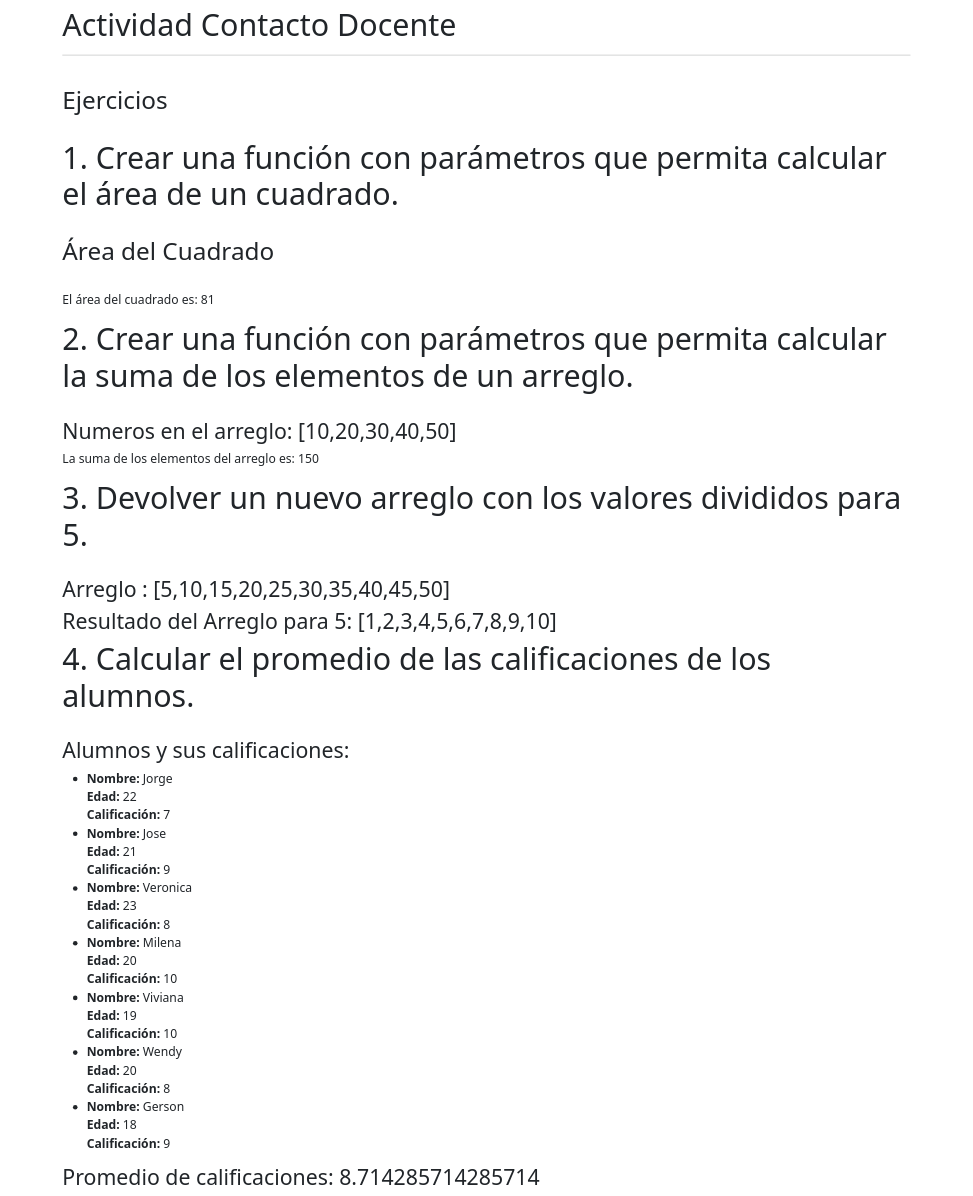
Repository: Jchimbo99/Actvidad1
Page: / (app in typescript-actividad/)
The author's editor kept a copy of each file at every save. The page is drawn from the files as they stood at one save, then again after the next save.
The browser window is 1280 px wide. The pictures show the whole page, at 76% of full size.
The project was rebuilt for these pictures with package versions that can differ from the ones it lists, and the page was loaded fresh each time. Also part of the build but not shown: typescript-actividad/vite.config.ts.

Above is the page before, as saved 2025-01-22 20:52:16.

### typescript-actividad/index.html
<!doctype html>
<html lang="en">
  <head>
    <meta charset="UTF-8" />
    <link rel="icon" type="image/svg+xml" href="/vite.svg" />
    <meta name="viewport" content="width=device-width, initial-scale=1.0" />
    <link href="https://cdn.jsdelivr.net/npm/bootstrap@5.3.3/dist/css/bootstrap.min.css" rel="stylesheet" integrity="sha384-QWTKZyjpPEjISv5WaRU9OFeRpok6YctnYmDr5pNlyT2bRjXh0JMhjY6hW+ALEwIH" crossorigin="anonymous">

    <title>Activididad Jch</title>
  </head>
  <body class="container">
    <div id="root"></div>
    <script type="module" src="/src/main.tsx"></script>
  </body>
</html>

### typescript-actividad/src/App.tsx
import { AreaCuadrado } from "./typescript/AreaCuadrado";
import { SumaArreglo } from "./typescript/Arreglo";
import { ArreglosDivision } from "./typescript/ArreglosDivision";
import { PromedioCalificaciones } from "./typescript/PromedioCalificaciones";

export const App = () => {
  return (

    <div className="mt-2">
      <h1>Actividad Contacto Docente</h1>
      <hr />
      <br />
      <h2>Ejercicios</h2>
      <br />

      <AreaCuadrado/>

      <SumaArreglo/>
      <ArreglosDivision/>
      <PromedioCalificaciones/>
      </div>
  )
}


export default App;

### typescript-actividad/src/typescript/AreaCuadrado.tsx
export const AreaCuadrado = () => {
    const lado = 9;
    const area = lado * lado;

    return (
        <div>

            <h1>1.	Crear una función con parámetros que permita calcular el área de un cuadrado.</h1>
            <br />
            <h2>Área del Cuadrado</h2>
            <br />
            <p>El área del cuadrado es: {area}</p>
        </div>
    );
}

### typescript-actividad/src/typescript/Arreglo.tsx
export const SumaArreglo = () => {

    const numeros = [10, 20, 30, 40, 50];

    const calcularSuma = (numeros: number[]): number => {
        return numeros.reduce((total, numero) => total + numero, 0);
    }

    const totalSuma = calcularSuma(numeros);

    return (
        <div>
            <h1>2. Crear una función con parámetros que permita calcular la suma de los elementos de un arreglo.</h1>
            <br />
            <h3>Numeros en el arreglo: {JSON.stringify(numeros)}</h3>
            <p>La suma de los elementos del arreglo es: {totalSuma}</p>
        </div>
    );
}

### typescript-actividad/src/typescript/ArreglosDivision.tsx
export const ArreglosDivision = () => {
    const arreglo = [5, 10, 15, 20, 25, 30, 35, 40, 45, 50];

    const arregloDividido = arreglo.map((valor) => valor / 5);

    return (
        <div>
            <h1>3. Devolver un nuevo arreglo con los valores divididos para 5.</h1>
            <br />
            <h3>Arreglo : {JSON.stringify(arreglo)}</h3>
            <h3>Resultado del Arreglo para  5: {JSON.stringify(arregloDividido)}</h3>
        </div>
    );
}

### typescript-actividad/src/typescript/PromedioCalificaciones.tsx
interface Alumno {
    name: string;
    edad: number;
    calificacion: number;
}

export const PromedioCalificaciones = () => {
    const alumnos: Alumno[] = [
        {
            name: "Jorge",
            edad: 22,
            calificacion: 7,
        },
        {
            name: "Jose",
            edad: 21,
            calificacion: 9,
        },
        {
            name: "Veronica",
            edad: 23,
            calificacion: 8,
        },
        {
            name: "Milena",
            edad: 20,
            calificacion: 10,
        },
        {
            name: "Viviana",
            edad: 19,
            calificacion: 10,
        },
        {
            name: "Wendy",
            edad: 20,
            calificacion: 8,
        },
        {
            name: "Gerson",
            edad: 18,
            calificacion: 9,
        },
    ];

    // Función para calcular el promedio de las calificaciones
    const calcularPromedio = (alumnos: Alumno[]): number => {
        const sumaCalificaciones = alumnos.reduce((total, alumno) => total + alumno.calificacion, 0);
        return sumaCalificaciones / alumnos.length;
    };

    const promedio = calcularPromedio(alumnos);

    return (
        <div>
            <h1>4. Calcular el promedio de las calificaciones de los alumnos.</h1>
            <br />
            <h3>Alumnos y sus calificaciones:</h3>
            <ul>
                {alumnos.map((alumno, index) => (
                    <li key={index}>
                        <strong>Nombre:</strong> {alumno.name} <br />
                        <strong>Edad:</strong> {alumno.edad} <br />
                        <strong>Calificación:</strong> {alumno.calificacion}
                    </li>
                ))}
            </ul>
            <h3>Promedio de calificaciones: {promedio}</h3>
        </div>
    );
}

Loaded but not shown: typescript-actividad/src/main.tsx (common file)

After the next save:
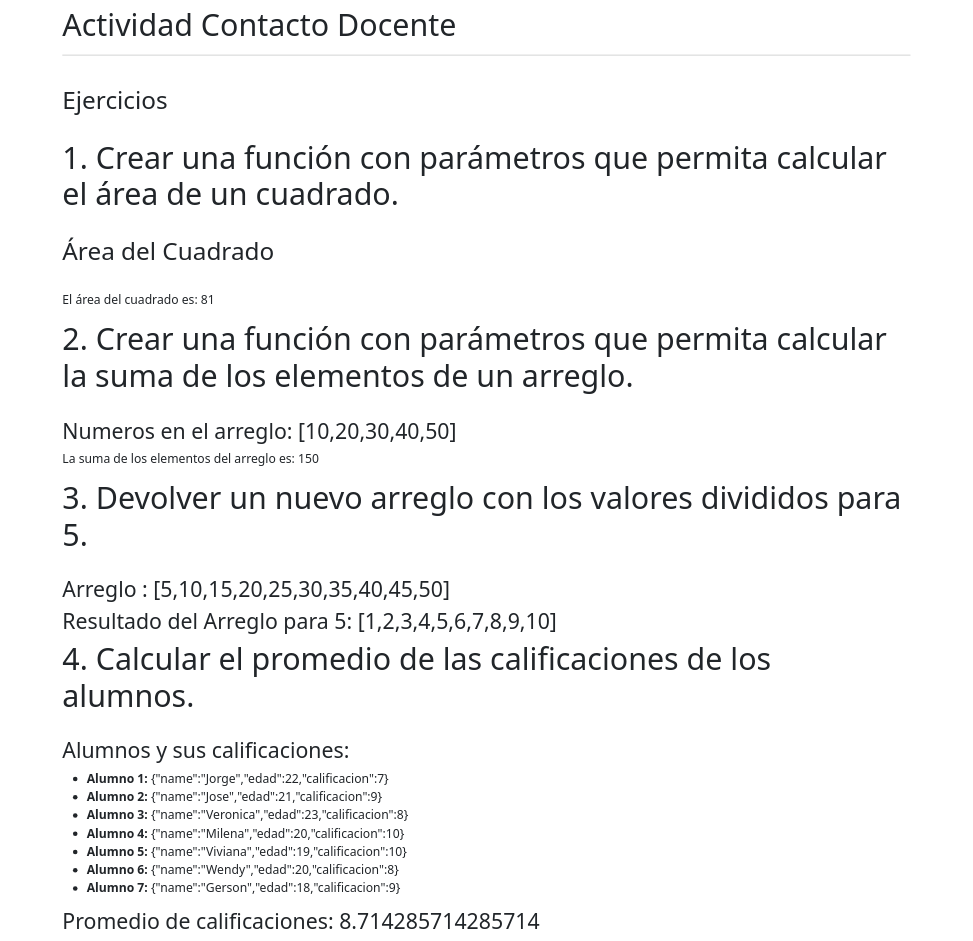
Saved 25 s later.
--- a/typescript-actividad/src/typescript/PromedioCalificaciones.tsx
+++ b/typescript-actividad/src/typescript/PromedioCalificaciones.tsx
@@ -59,9 +59,7 @@ export const PromedioCalificaciones = () => {
             <ul>
                 {alumnos.map((alumno, index) => (
                     <li key={index}>
-                        <strong>Nombre:</strong> {alumno.name} <br />
-                        <strong>Edad:</strong> {alumno.edad} <br />
-                        <strong>Calificación:</strong> {alumno.calificacion}
+                        <strong>Alumno {index + 1}:</strong> {JSON.stringify(alumno)}
                     </li>
                 ))}
             </ul>
